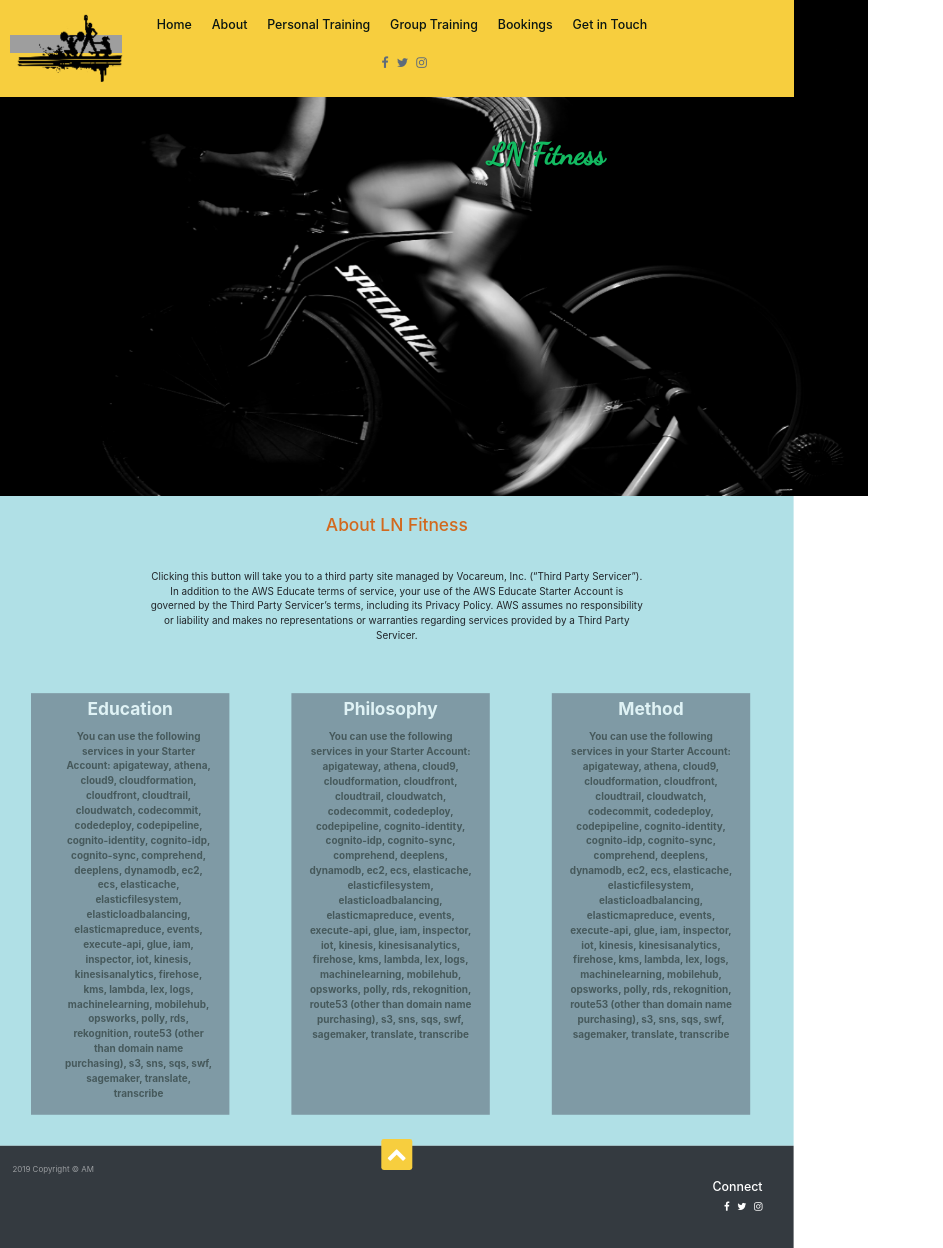
Repository: murphya14/Fitness-webpage
Page: personal-training.html
The author's editor kept a record of every edit. The page is drawn from the files as they stood at one moment, then again after the next edit.
The browser window is 1280 px wide. The page is 1521 px wide, so the pictures cover 1521 px, including what lies to the right of the window. The pictures show the whole page, at 62% of full size.
Pictures or frames that could not be fetched are drawn as grey boxes.

Above is the page before.

### personal-training.html
<!DOCTYPE html>
<html lang="en">

<head>
  <meta charset="UTF-8">
  <meta name="viewport" content="width=device-width, initial-scale=1.0">
  <meta http-equiv="X-UA-Compatible" content="ie=edge">
  <link rel="stylesheet" href="assets/css/style.css" />
  <link rel="stylesheet" href="https://stackpath.bootstrapcdn.com/bootstrap/4.3.1/css/bootstrap.min.css" <link rel="stylesheet" href="https://stackpath.bootstrapcdn.com/font-awesome/4.7.0/css/font-awesome.min.css" type="text/css" />
  <link rel="shortcut icon" type="image/x-icon" href="assets/favicon.ico">
  <link rel="stylesheet" href="https://cdnjs.cloudflare.com/ajax/libs/font-awesome/4.7.0/css/font-awesome.min.css">
  <link rel="stylesheet" type="text/css" href="//fonts.googleapis.com/css?family=Dancing+Script" />
  <title>Home</title>
</head>

<body>



  <header>
    <!-- Logo and Nav bar-->
    <!-- Used help from Stack overflow: https://stackoverflow.com/questions/23949804/how-to-change-link-color-bootstrap-->


    <nav class=" container-fliud navbar navbar-expand-lg navbar-custom  fixed-top navbar-light topnav">
      <div><a class="logo " href="index.html">
          <img src="assets/images/logo.png" alt="logo">
        </a></div>


      <div>
        <div>
          <ul class="nav justify-content-center container-fluid">

            <li class="nav-item">
              <a class="nav-link" href="index.html">Home</a>
            </li>
            <li class="nav-item ">
              <a class="nav-link"  href="about.html">About</a>
            </li>
            <li class="nav-item  ">
              <a class="nav-link" href="personal-training.html">Personal Training</a>
              <li class="nav-item ">
                <a class="nav-link" href="group-training.html">Group Training</a>
              </li>
              <li class="nav-item ">
                <a class="nav-link" href="bookings.html">Bookings</a>
              </li>
              <li class="nav-item ">
                <a class="nav-link" href="get-in-touch.html">Get in Touch</a>
              </li>
          </ul>

        </div>
        <!-- Select menu for Nav bar for smaller devices-->

        <select id="select">
    <option value="index.html" selected="selected">Home</div>
    <option value="about.html">About</option>
    <option value="training.html">Personal Training</option>
    <option value="group-training">Group Training</option>
    <option value="get-in-touch">Get in Touch</option>
  </select>

        <!-- Social links-->

        <div class="row no-gutters">
          <div class="col">

            <div class="nav-link">

              <ul class="list-inline social-links">
                <li class="list-inline-item">
                  <a target="_blank" href="#">
                            <i class="fa fa-facebook" aria-hidden="true"></i>
                            <span class="sr-only">Facebook</span>
                        </a>
                </li>
                <li class="list-inline-item">
                  <a target="_blank" href="#">
                            <i class="fa fa-twitter" aria-hidden="true"></i>
                            <span class="sr-only">Twitter</span>
                        </a>
                </li>


                <li class="list-inline-item">
                  <a target="_blank" href="#">
                            <i class="fa fa-instagram" aria-hidden="true"></i>
                            <span class="sr-only">Instagram</span>
                        </a>
                </li>

              </ul>
            </div>
          </div>
        </div>

    </nav>


  </header>

  <!-- Container for main image -->

  <div class="cotainer-fluid">
    <section class="section">



      <div class="row main-image">

        <div class="col-md-12 col-sm-3 image-about">
          <img src="assets/images/about.jpg" alt="LN Trainer">

          <h2 class="image-text">LN Fitness</h2>
        </div>
      </div>
  </div>

  <!-- Container for link to tailored programs -->

  <div class="container-fluid section">
    <div class="row">
      <div class="col-md-12 col-sm-12">
        <h3 class="section-heading">About LN Fitness</h3>
        <p class="col-md-8 section-p-about">Clicking this button will take you to a third party site managed by Vocareum, Inc. (“Third Party Servicer”). In addition to the AWS Educate terms of service, your use of the AWS Educate Starter Account is governed by the Third Party Servicer’s
          terms, including its Privacy Policy. AWS assumes no responsibility or liability and makes no representations or warranties regarding services provided by a Third Party Servicer.</a>
      </div>
      </p>

    </div>

    <div class="row">


      <div class="transbox col-md-3 col-sm-12">
        <h3 class="box-heading"> Education</h3>
        <div class="container">
        <p class="col-md-12 col-sm-12">You can use the following services in your Starter Account: apigateway, athena, cloud9, cloudformation, cloudfront, cloudtrail, cloudwatch, codecommit, codedeploy, codepipeline, cognito-identity, cognito-idp, cognito-sync, comprehend, deeplens,
          dynamodb, ec2, ecs, elasticache, elasticfilesystem, elasticloadbalancing, elasticmapreduce, events, execute-api, glue, iam, inspector, iot, kinesis, kinesisanalytics, firehose, kms, lambda, lex, logs, machinelearning, mobilehub, opsworks, polly,
          rds, rekognition, route53 (other than domain name purchasing), s3, sns, sqs, swf, sagemaker, translate, transcribe</p>
      </div>
      </div>





      <div class="transbox col-md-3 col-sm-12">
        <h3 class="box-heading"> Philosophy</h3>
        <p>You can use the following services in your Starter Account: apigateway, athena, cloud9, cloudformation, cloudfront, cloudtrail, cloudwatch, codecommit, codedeploy, codepipeline, cognito-identity, cognito-idp, cognito-sync, comprehend, deeplens,
          dynamodb, ec2, ecs, elasticache, elasticfilesystem, elasticloadbalancing, elasticmapreduce, events, execute-api, glue, iam, inspector, iot, kinesis, kinesisanalytics, firehose, kms, lambda, lex, logs, machinelearning, mobilehub, opsworks, polly,
          rds, rekognition, route53 (other than domain name purchasing), s3, sns, sqs, swf, sagemaker, translate, transcribe</p>
      </div>

         <div class="transbox col-md-3 col-sm-12">
        <h3 class="box-heading"> Method</h3>
        <p>You can use the following services in your Starter Account: apigateway, athena, cloud9, cloudformation, cloudfront, cloudtrail, cloudwatch, codecommit, codedeploy, codepipeline, cognito-identity, cognito-idp, cognito-sync, comprehend, deeplens,
          dynamodb, ec2, ecs, elasticache, elasticfilesystem, elasticloadbalancing, elasticmapreduce, events, execute-api, glue, iam, inspector, iot, kinesis, kinesisanalytics, firehose, kms, lambda, lex, logs, machinelearning, mobilehub, opsworks, polly,
          rds, rekognition, route53 (other than domain name purchasing), s3, sns, sqs, swf, sagemaker, translate, transcribe</p>
      </div>


    </div>

  </div>




  </div>
  </div>
  </section>
  </div>




  <!-- footer-->

  <footer id="footer" class="container-fluid py-4 bg-dark text-white-50">
    <div class="row">

      <div class="col-sm-4 text-footer">
        <small>2019 Copyright &copy; AM</small></div>

      <div class="col-sm-4 "><a id="button"></a></div>


      <div class="col-sm-4">

        <!-- footer social media links-->
        <div class="footer-link">
          <h5 class="uppercase general-sub">Connect</h5>
          <ul class="list-inline social-links">
            <li class="list-inline-item">
              <a target="_blank" href="#">
                            <i class="fa fa-facebook" aria-hidden="true"></i>
                            <span class="sr-only">Facebook</span>
                        </a>
            </li>
            <li class="list-inline-item">
              <a target="_blank" href="#">
                            <i class="fa fa-twitter" aria-hidden="true"></i>
                            <span class="sr-only">Twitter</span>
                        </a>
            </li>


            <li class="list-inline-item">
              <a target="_blank" href="#">
                            <i class="fa fa-instagram" aria-hidden="true"></i>
                            <span class="sr-only">Instagram</span>
                        </a>
            </li>

          </ul>
        </div>

      </div>

  </footer>


  <!--------------Back to top button created with help from https://www.templatemonster.com/blog/back-to-top-button-css-jquery/--->
  <script src="https://code.jquery.com/jquery-3.4.1.slim.min.js"></script>
  <script src="https://cdnjs.cloudflare.com/ajax/libs/popper.js/1.15.0/umd/popper.min.js"></script>
  <script src="https://stackpath.bootstrapcdn.com/bootstrap/4.3.1/js/bootstrap.min.js"></script>


  <script>
    jQuery(document).ready(function() {

      var btn = $('#button');

      $(window).scroll(function() {
        if ($(window).scrollTop() > 300) {
          btn.addClass('show');
        }
        else {
          btn.removeClass('show');
        }
      });

      btn.on('click', function(e) {
        e.preventDefault();
        $('html, body').animate({ scrollTop: 0 }, '300');
      });

    });
  </script>




</body>

</html>

### assets/css/style.css
/*----------------------------------------------- Colours*/

.nav-link {
    color: #00ccff;
}

#active {
    color: #5F6C7A;
}

.navbar {
    background:#f7ce3e ;

}


li a:hover {
    color: #f7ce3e;
}

/*--------------------------------------------- General*/

body {font-size: 17px;
    font-family: "arial", sans-serif;
    margin: 0; padding: 0; overflow-x:hidden;
}

.center {
  display: block;
  margin-left: auto;
  margin-right: auto;
  width: 50%;
}


.inline-block {
    display: inline-block;
}







.highlight {color:#D2691E;
    padding:0;
    margin:0;
}








/*--------------------------------------------- Nav bar*/

nav ul {
    padding: 8px;
    margin-right: 0;
    display: block;
    font-size: 20px;
    font-weight: 600;



}

.logo {
    position: static;
    background: url("../images/rosie.jpg");
    background-position: center;
    background-repeat: no-repeat;
    margin-right:40px;
    padding-top: 10px;
    padding-left: 10px;
    min-height: 100px;
    transition: all .5s ease-in-out;
    -moz-transition: all .5s ease-in-out;
    -webkit-transition: all .5s ease-in-out;
    height: 10%;
    width: 25%;
}

.header {
    position: fixed;
    top: 0;
    left: 0;
    right: 0;
    background-color: #e84610;
    padding: 15px 25px;

}

nav select {
    display: none;
    background-color: #77C9D4;
    color: white;
    border: 1px solid #778899;
   position: relative;
   cursor: pointer;
   top: 100%;
  left: 0;
  right: 0;
  z-index: 99;

}

#select {color: #f7ce3e;
    background-color: #5F6C7A;
}


.nav-link
{color: #0A1612;
text-align: center;
padding: 8px;
    margin-right: 0;
    display: block;

    font-size:33;
    font-weight: 500;
    padding-left: 5px;
      transition: all 0.35s ease-in-out;
    -moz-transition: all 0.35s ease-in-out;
    -webkit-transition: all 0.35s ease-in-out;
    -o-transition: all 0.35s ease-in-out;
    max-width:100%;

}
/*-------------------------Social links*/
nav a {color:#5F6C7A;}

nav a:hover {
    color: white;
}

/*-------------------------------------------Section*/

/*-------------------------Section Image*/

.main-image {max-width:100%;
    height:100%;
    padding-left:0;
    padding-right:0;
    position: relative;
 }

.image-text {
   position: absolute;
   top: 250px;
   left: 70%;
   width: 100%;
   color:#13BA61;
   font-family: "Dancing Script";
   font-size: 48px;
   font-variant: normal;
   font-weight: 700;
   line-height: 26.4px;
   text-shadow: 2px 2px 2px #000;
    transform: translate(-50%, -50%);
 }


/*------------------Index.html*/
 .section {background-color:#B0E0E6;
  text-align: center;


     max-width:100%;
 }

.section-heading {color: #D2691E;
            text-align: center;
                    padding: 30px;
}

.section-p {padding:12px;
margin:10px;
    padding-bottom: 50px;
;


}

.section-p-about {padding:15px;
    text-align: center;
     width:75%;
}



.free-link {text-align: center;
    font-weight: 700;
    background-color: #5F6C7A;
    font:white;
    padding:15px;
    margin:15px;
    border-radius:15px;

  bottom: 5px;
  right: 30px;
  transition: background-color .3s;
  z-index: 1000;
  position: relative;
   left: 50%;

     transform: translate(-50%,-50%);


}

.section-link {color:white;
 width:120px;


}


.section a:hover {color:#f7ce3e;
text-decoration:none;

}

/*------------------About.html*/


/* With help from https://www.w3schools.com/css/tryit.asp?filename=trycss_transparency*/

div.transbox {
  margin: 50px;

  background-color: #5F6C7A;
  border: none;
  opacity: 0.6;
  filter: alpha(opacity=60);
  padding: 10px;
}

div.transbox p {
  margin: 5%;
  font-weight: bold;
  color: #000000;
}

.box-heading {font-weight:700;
color:white;}


/*--------------------------------------------- footer*/

#button {
  text-align: center;
  display: inline-block;
  background-color: #f7ce3e;
  width: 50px;

  border-radius: 4px;
  bottom: 10px;
  right: 30px;
  transition: background-color .3s;
  z-index: 1000;
  position: relative;
   left: 50%;

     transform: translate(-50%,-50%);


}


#button:hover {
  cursor: pointer;
  background-color: #333;
}
#button:active {
  background-color: #555;
}

#button::after {
  content: "\f077";
  font-family: FontAwesome;
  font-weight: normal;
  font-style: normal;
  font-size: 2em;
  line-height: 50px;
  color: #fff;
}

.footer-link
{color: white;
text-align: right;

    float: none;
    padding-bottom: 15px;
    padding-right: 30px;
    padding-top:30px;
    font-size:33;
    font-weight: 500;
    padding-left: 5px;
      transition: all 0.35s ease-in-out;
    -moz-transition: all 0.35s ease-in-out;
    -webkit-transition: all 0.35s ease-in-out;
    -o-transition: all 0.35s ease-in-out;

}

footer a {color:white;}

 footer  a:hover {
    color: #f7ce3e;
}

.text-footer {float: left;
padding-bottom: 5px;
text-align: left;

}

#footer { min-height: 120px;

    margin: 0;
    padding: 20px;
    max-width:100%;}



/*------------- Responsive design*/

/* Extra small devices (phones, 600px and down) */


@media only screen and (max-width: 600px) {

/*------------------------------------- Changing the menu to a select bar for smaller screens*/
  .topnav {display: none;
    }
    nav select {
        display: inline-block;
        width: 55%;
        height: 25%;
          border-radius: 4px;
        position: left;
    }
    .nav-item {
        display: none;
    }
    .logo {
        position: right;
        height: 80%;
    }
}






/* Small devices (portrait tablets and large phones, 600px and up) */

@media only screen and (min-width: 600px) {}

/* Medium devices (landscape tablets, 768px and up) */

@media only screen and (min-width: 768px) {
.section-p-about {  transform: translate(25%, 0);}
}

/* Large devices (laptops/desktops, 992px and up) */

@media only screen and (min-width: 992px) {
    ...
}

/* Extra large devices (large laptops and desktops, 1200px and up) */

@media only screen and (min-width: 1200px)
}

After the next edit:
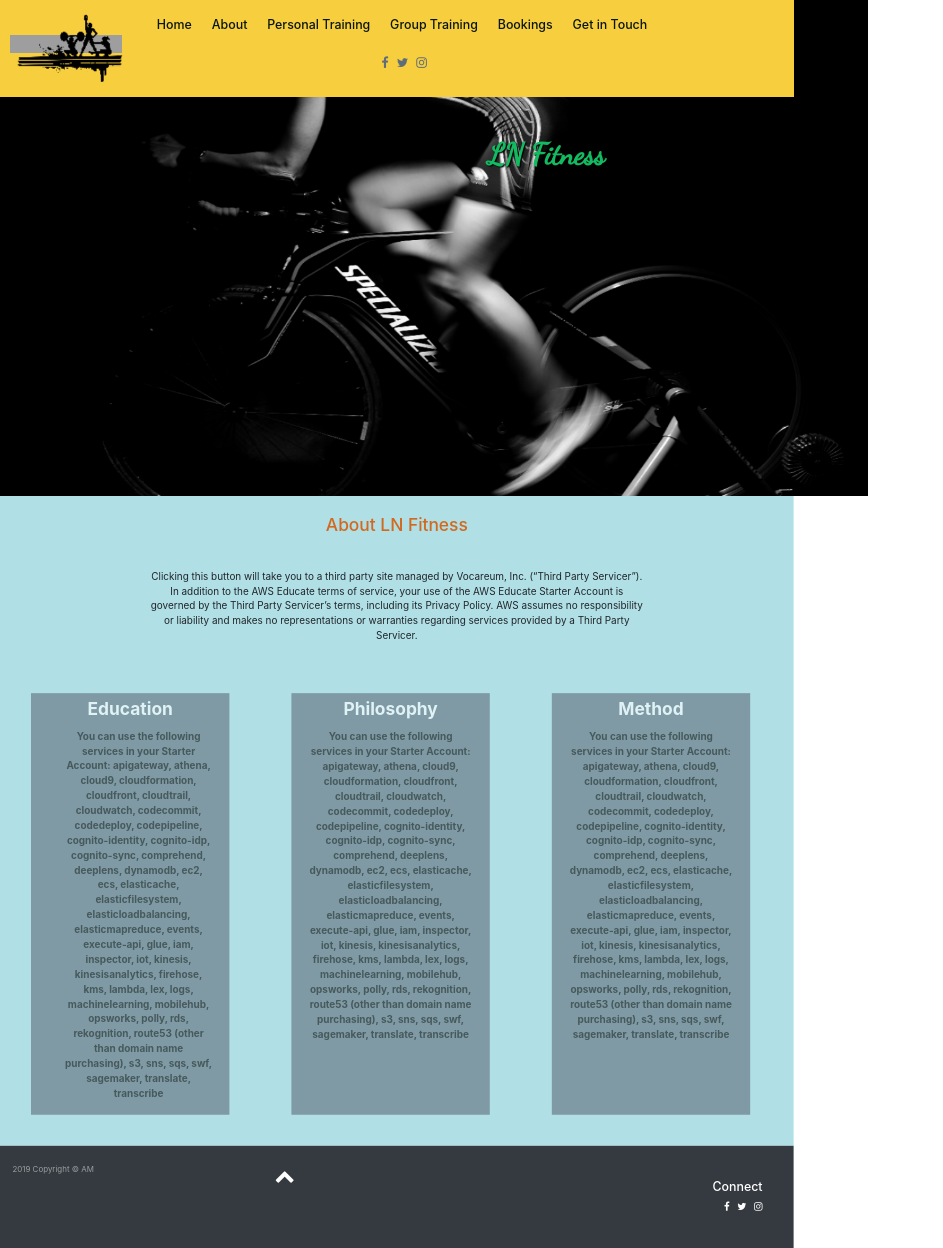
The edit:
--- a/assets/css/style.css
+++ b/assets/css/style.css
@@ -247,6 +247,11 @@
 
 .box-heading {font-weight:700;
 color:white;}
+
+
+/*------------------personal-training.html*/
+
+.col-md-10
 
 
 /*--------------------------------------------- footer*/

After the edit that followed:
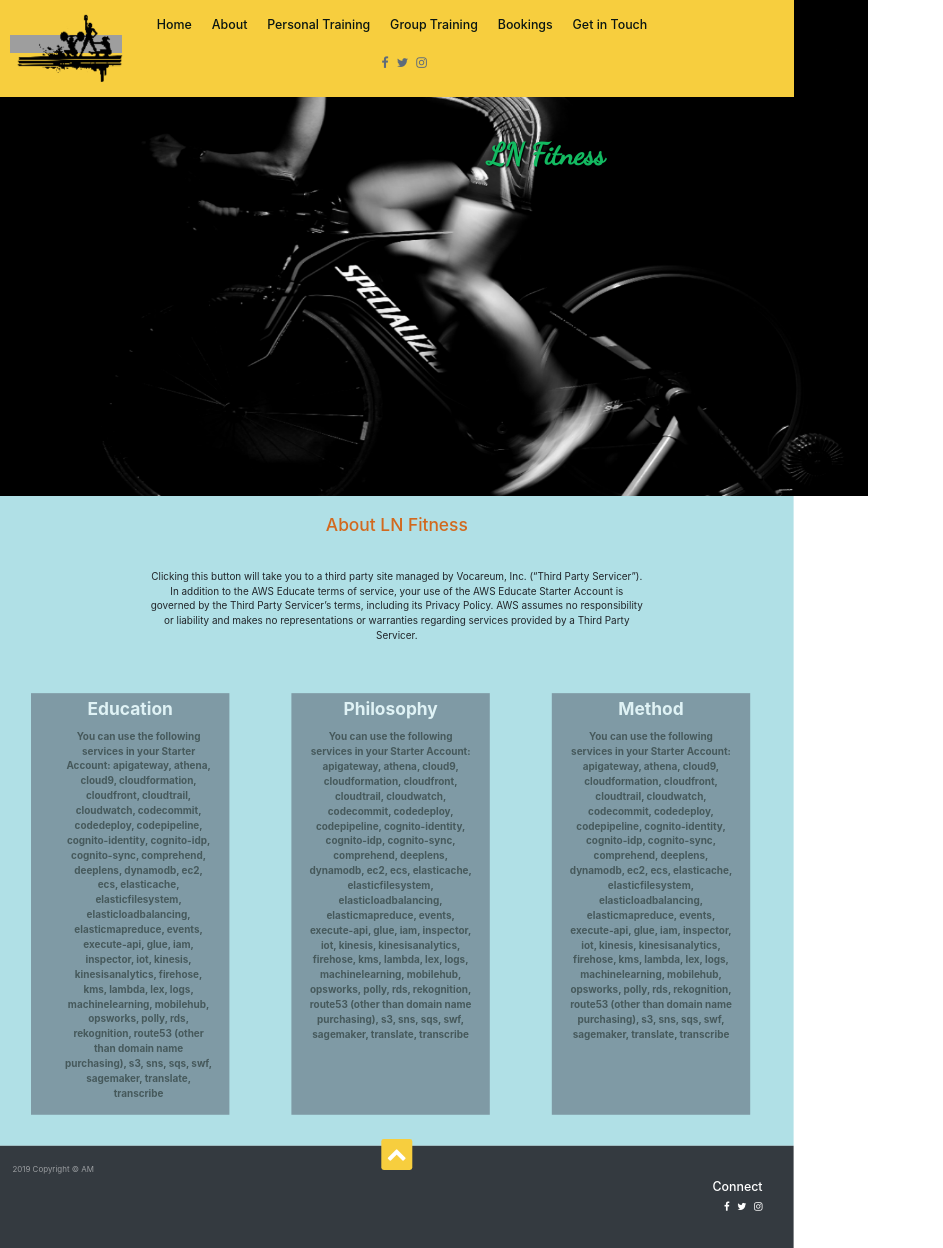
The edit:
--- a/assets/css/style.css
+++ b/assets/css/style.css
@@ -251,7 +251,7 @@
 
 /*------------------personal-training.html*/
 
-.col-md-10
+.col-md-10 {transform: translate(+5%,0);}
 
 
 /*--------------------------------------------- footer*/
